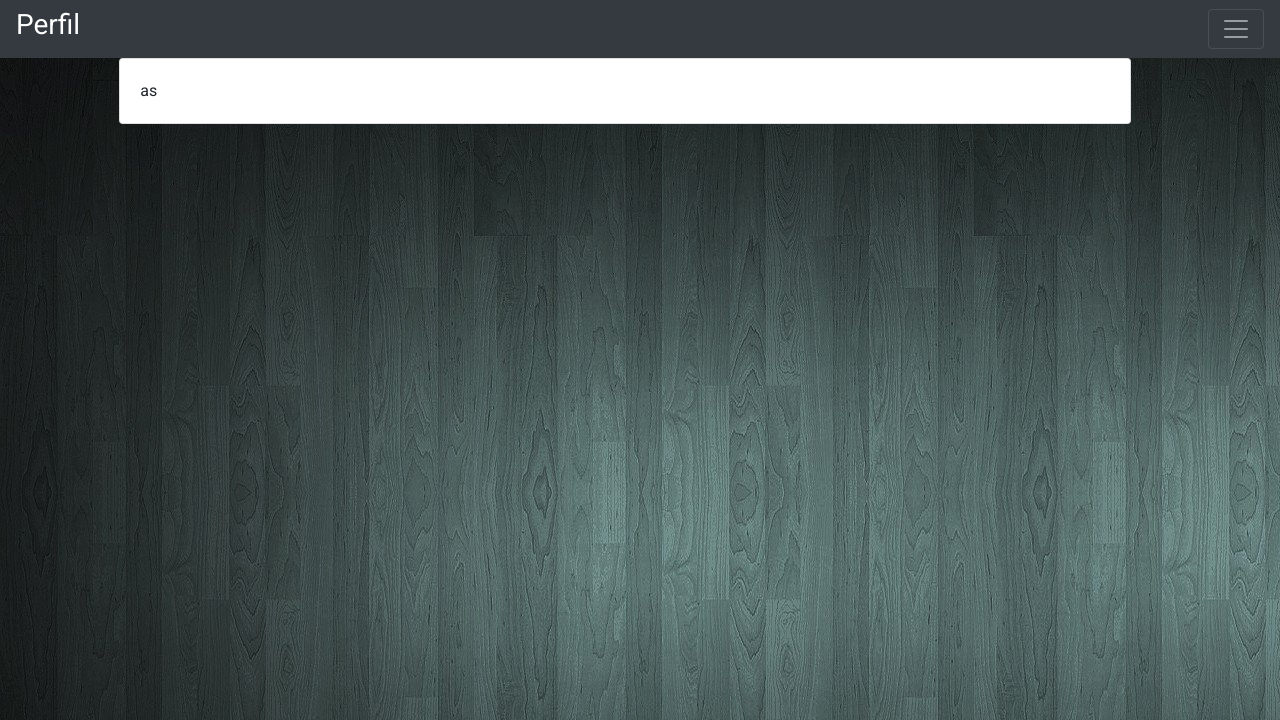
Repository: UncEmerson/UncEmerson
Page: index.html
An editor plug-in stored every save of this project. The page is shown before and after the next save, followed by the edit.
The browser window is 1280 px wide. The pictures show the whole page.

Above is the page before, as saved 2019-06-12 00:38:14.

### index.html
<!DOCTYPE html>
<html lang="en">

<head>
    <meta charset="UTF-8">
    <meta name="viewport" content="width=device-width, initial-scale=1.0">
    <meta http-equiv="X-UA-Compatible" content="ie=edge">
    <title>Inicio</title>

    <link rel="stylesheet" href="bower_components/bootstrap/css/bootstrap.min.css">
    <link href="https://fonts.googleapis.com/css?family=Roboto&display=swap" rel="stylesheet">
    <link href="https://fonts.googleapis.com/icon?family=Material+Icons" rel="stylesheet">
    <link rel="stylesheet" href="style.css">

</head>

<body class="fondo1">
    <header>
        <div class="pos-f-t">
            <div class="collapse" id="navbarToggleExternalContent">
                <div class="bg-dark p-4">
                    <div class="col-md-12">
                        <div class="row  text-white text-center">
                            <div class="col-md-8">
                                <div class="row">
                                    <div class="col-md-4">
                                        <div class="card-transparent">
                                            <a href="" class="btn text-white">
                                                <i class="medium material-icons">person</i><br> Perfil
                                            </a>
                                        </div>
                                    </div>
                                    <div class="col-md-4">
                                        <div class="card-transparent">
                                            <a href="" class="btn text-white">
                                                <i class="medium material-icons">people</i><br> Contactos
                                            </a>
                                        </div>
                                    </div>
                                    <div class="col-md-4">
                                        <div class="card-transparent">
                                            <a href="" class="btn text-white">
                                                <i class="medium material-icons">burst_mode</i><br> Lugares Turísticos
                                            </a>
                                        </div>
                                    </div>
                                </div>
                            </div>
                            <div class="col-md-4">
                                <div class="card-transparent">
                                    <div class="card-body">
                                        social
                                    </div>
                                </div>
                            </div>
                        </div>
                    </div>
                </div>
            </div>
            <nav class="navbar navbar-dark bg-dark ">
                <h3 class="text-white">Perfil</h3>
                <button class="navbar-toggler" type="button" data-toggle="collapse" data-target="#navbarToggleExternalContent" aria-controls="navbarToggleExternalContent" aria-expanded="false" aria-label="Toggle navigation">
                        <span class="navbar-toggler-icon"></span>
                      </button>
            </nav>
        </div>
    </header>

    <section class="col-md-12 row justify-content-center mt-">
        <article class="col-md-10">
            <article class="card">
                <article class="card-body">
                    as
                </article>
            </article>
        </article>
    </section>


</body>
<script src="bower_components/jquery/dist/jquery.slim.min.js"></script>
<script src="bower_components/bootstrap/js/bootstrap.min.js"></script>

</html>

### style.css
* {
    font-family: 'Roboto', sans-serif;
}

.fondo1 {
    background: url(images/fondo1.jpg)
}

.medium {
    font-size: 4rem
}

Loaded but not shown: bower_components/bootstrap/css/bootstrap.min.css (library); bower_components/jquery/dist/jquery.slim.min.js (library); bower_components/bootstrap/js/bootstrap.min.js (library)

After the next save:
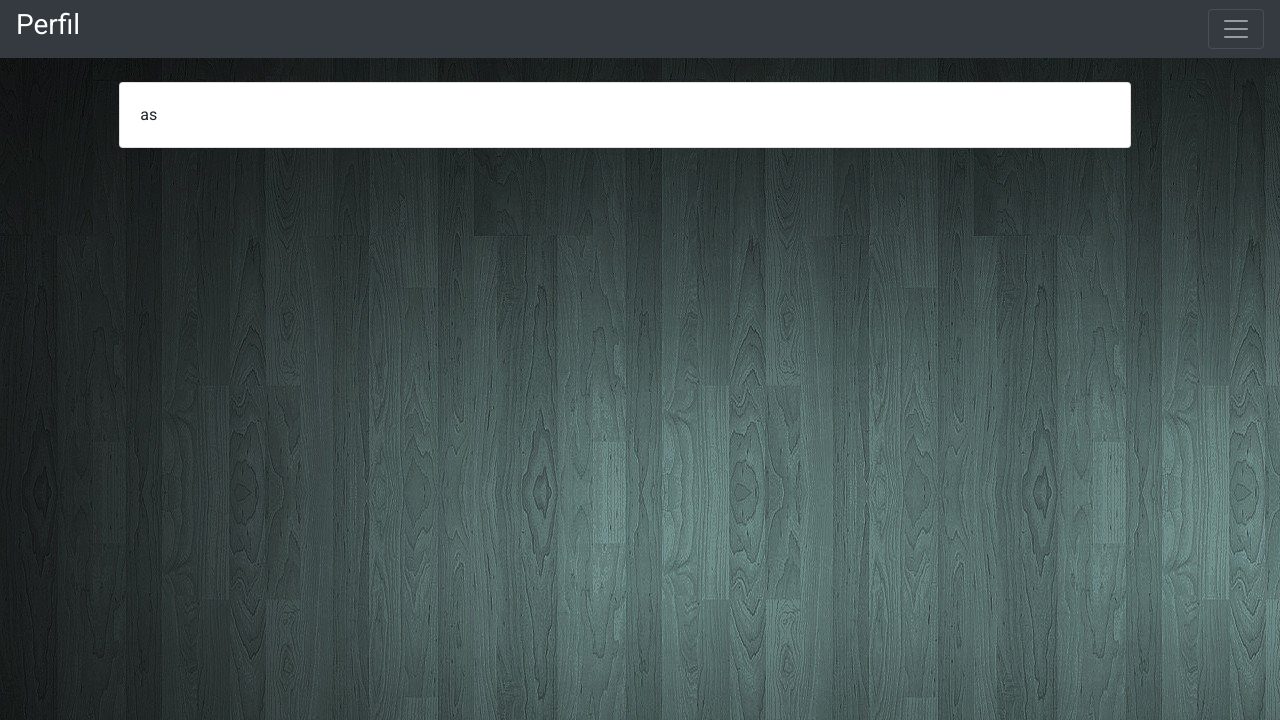
Saved 5 s later.
--- a/index.html
+++ b/index.html
@@ -66,7 +66,7 @@
         </div>
     </header>
 
-    <section class="col-md-12 row justify-content-center mt-">
+    <section class="col-md-12 row justify-content-center mt-4">
         <article class="col-md-10">
             <article class="card">
                 <article class="card-body">
